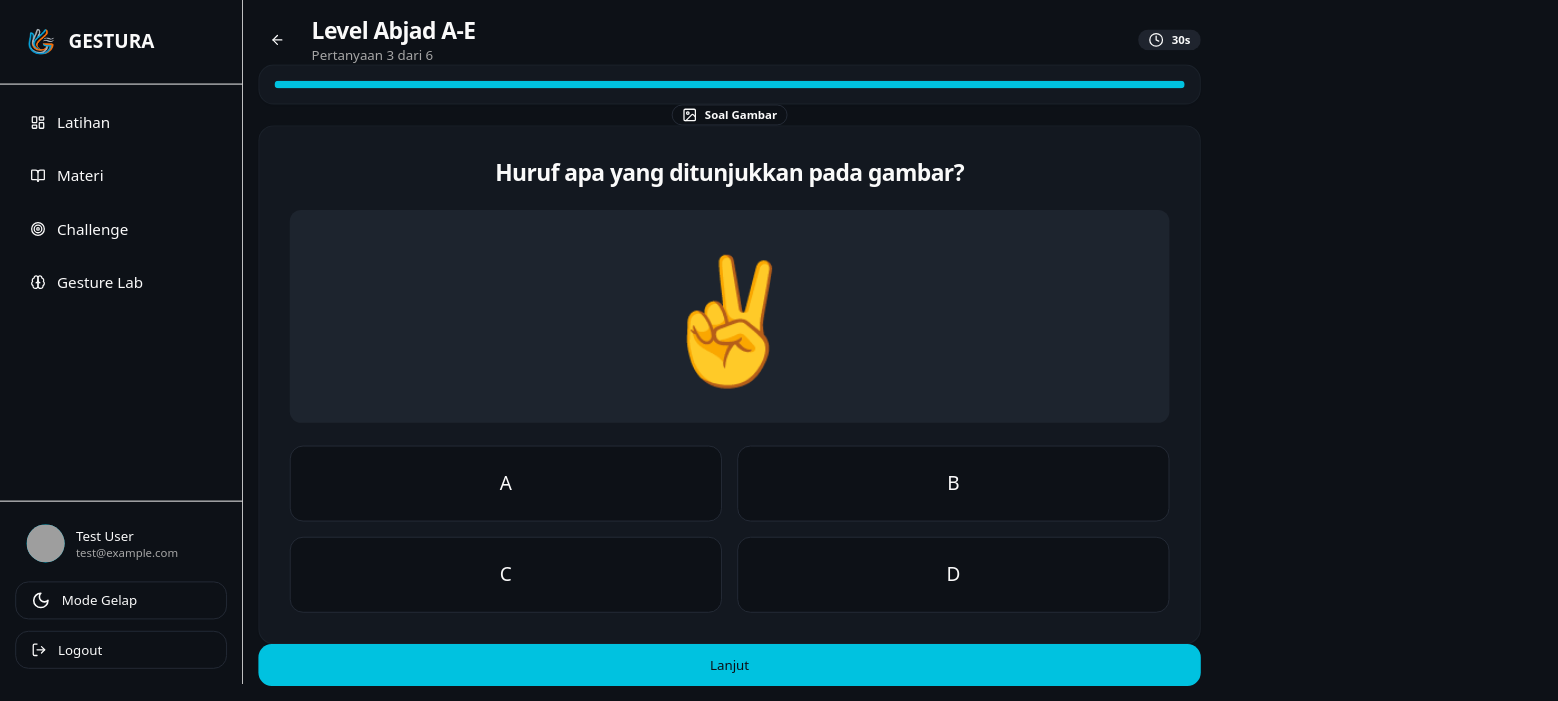
Repository: Tisna7/GESTURA
Page: http://localhost/latihan-isi-3
These files come from the project's save history. The page is drawn as it stood at one moment and after a run of saves; the edit follows.
The browser window is 1280 px wide. The page is 1280 px wide, then 1640 px, so the pictures cover 1640 px, including what lies to the right of the window. The pictures show the whole page, at 95% of full size.
Pictures or frames that could not be fetched are drawn as grey boxes. The page is served by the project's Laravel application, run on PHP 8.4 with Laravel 12. A made-up administrator, Test User (test@example.com), is signed in. Style sheets and scripts are compiled from the project's sources, by tool versions that may differ from the author's.

Above is the page before, as saved 2025-11-23 21:45:38.

After the next 3 saves:
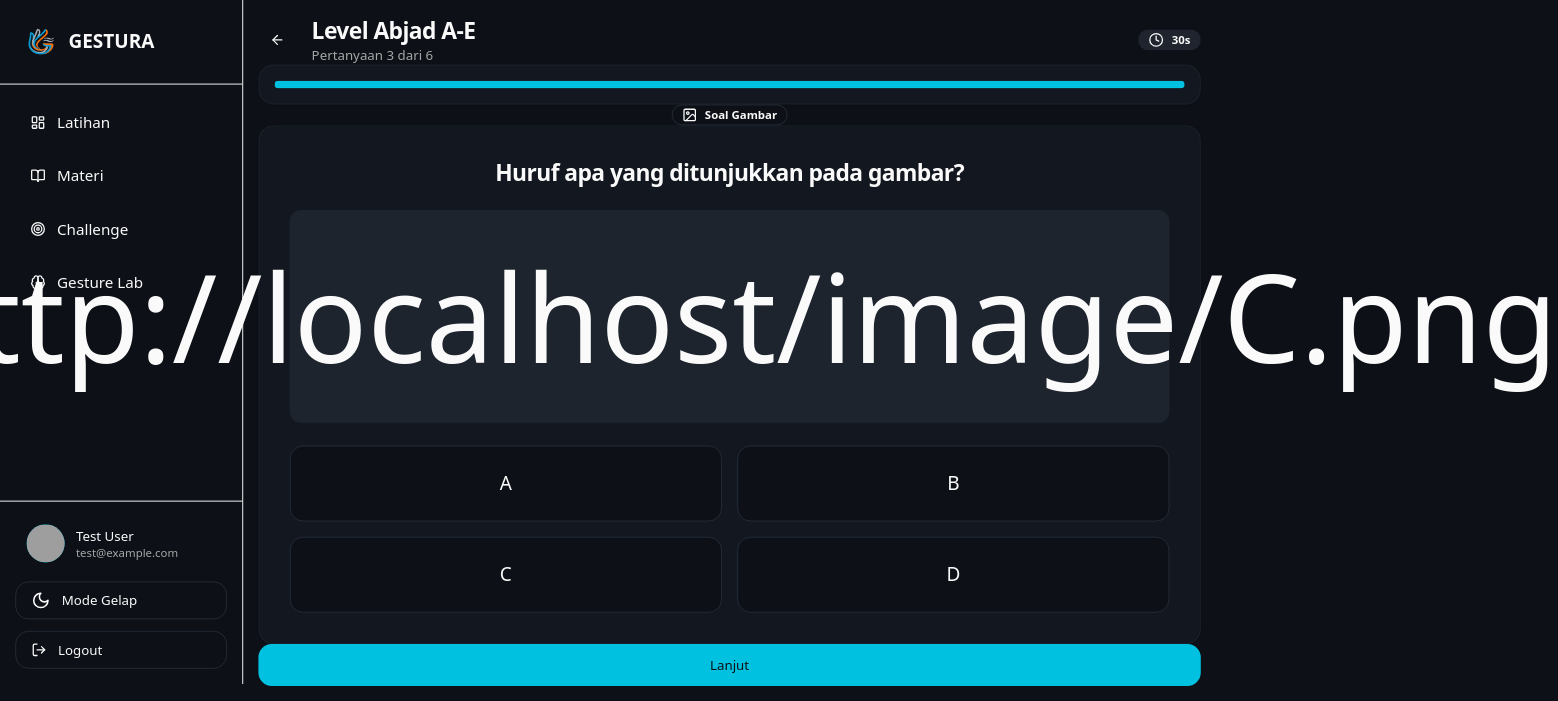
The 3 saves are shown as one change because they came seconds apart.
The last was saved 37 s later.
--- a/resources/views/user/quiz-isi-3.blade.php
+++ b/resources/views/user/quiz-isi-3.blade.php
@@ -53,7 +53,7 @@
                 <div class="space-y-6">
                     <h2 class="text-2xl font-bold text-center">Huruf apa yang ditunjukkan pada gambar?</h2>
                     <div class="bg-muted/50 rounded-xl p-12 flex items-center justify-center">
-                        <div class="text-9xl">✌️</div>
+                        <div class="text-9xl">{{ asset('image/C.png') }}</div>
                     </div>
                     <div class="grid grid-cols-2 gap-4">
     <button type="button"
